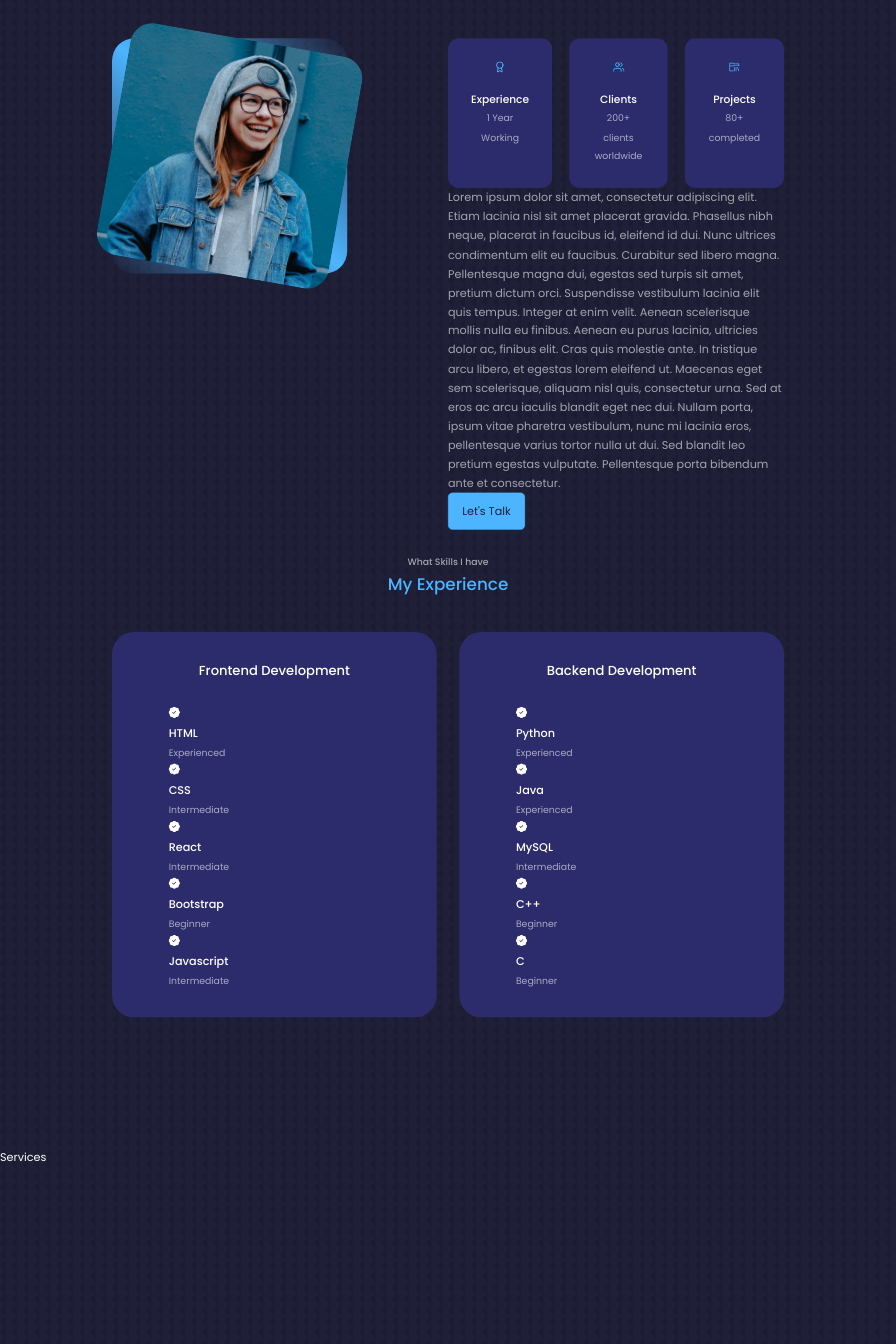
Repository: smallchungus/resumeWebsite
Page: / (app in hello/)
The author's editor kept a copy of each file at every save. The page is drawn from the files as they stood at one save, then again after the next save.
The browser window is 1280 px wide. The pictures show the part of the page from y = 904 to 2824 px (the page is 5835 px tall), at 70% of full size.
The project was rebuilt for these pictures with package versions that can differ from the ones it lists, and the page was loaded fresh each time. Also part of the build but not shown: hello/src/components/portfolio/portfolio.css, hello/src/components/contact/contact.css, hello/src/components/footer/footer.css. Imported but missing from the stored project, and not drawn on this page: hello/src/assets/cv.pdf.

Above is the page before, as saved 2023-03-23 19:05:33.

### hello/public/index.html
<!DOCTYPE html>
<html lang="en">

<head>
    <meta charset="UTF-8">
    <meta http-equiv="X-UA-Compatible" content="IE=edge">
    <meta name="viewport" content="width-device-width, initial-scale=1.0">
    <title>Resume Portfolio Website</title>
</head>
<body>
    <div id="root"></div>
</body>
</html>

### hello/src/App.jsx
import React from 'react'
import Header from './components/header/Header'
import Nav from './components/nav/Nav'
import About from './components/about/About'
import Experience from './components/experience/Experience'
import Services from './components/services/Services'
import Portfolio from './components/portfolio/Portfolio'
import Testimonial from './components/testimonial/Testimonial'
import Contact from './components/contact/Contact'
import Footer from './components/footer/Footer'

const App = () => {
  return (
    <>
    <Header />
    <Nav />
    <About />
    <Experience />
    <Services />
    <Portfolio />
    <Testimonial />
    <Contact />
    <Footer />
    </>
  )
}

export default App

### hello/src/index.css
@import url('https://fonts.googleapis.com/css2?family=Poppins:wght@300;400;500;600&display=swap');

*{
    margin: 0;
    padding: 0;
    border :0;
    outline: 0;
    box-sizing: border-box;
    list-style: none;
    text-decoration: none;

}

:root {
    --color-bg: #1f1f38;
    --color-bg-variant: #2c2c6c;
    --color-primary: #4db5ff;
    --color-primary-variant: rgba(77, 181, 255, 0.4);
    --color-white: #fff;
    --color-light: rgba(255,255,255,0.6);

    --transition: all 400ms ease;

    --container-width-lg: 75%;
    --container-width-md: 86%;
    --container-width-sm: 90%;

}

html{
    scroll-behavior: smooth;
}

body{
    font-family: 'Poppins', sans-serif;
    background: var(--color-bg);
    color: var(--color-white);
    line-height: 1.7;
    background-image: url(../src/assets/bg-texture.png)
}

/* ======================= General Styles =================*/

.container{
    width: var(--container-width-lg);
    margin: 0 auto;
}

h1,h2,h3,h4,h5{
    font-weight: 500;
}

h1{
    font-size:2.5rem;

}

section {
    margin-top: 8rem;
    height: 100vh;
}

section > h2, section > h5 {
    text-align: center;
    color: var(--color-light);
}

section > h2 {
    color: var(--color-primary);
    margin-bottom: 3rem;
}

.text-light{
    color:var(--color-light);
}

a{
    color: var(--color-primary);
    transition: var(--transition);
}

a:hover{
    color: var(--color-white);
}

.btn{
    width: max-content;
    display: inline-block;
    color: var(--color-primary);
    padding: 0.75rem 1.2rem;
    border-radius: 0.4rem;
    cursor: pointer;
    border: 1px solid var(--color-primary);
    transition: var( --transition );
}

.btn:hover{
    background: var(--color-white);
    color: var(--color-bg);
    border-color: transparent;
}

.btn-primary{
    background: var(--color-primary);
    color: var(--color-bg);
}

img{
    display: block;
    width: 100%;
    object-fit: cover;
}


/*==================Media Queries (Medium Devices ) ============= */
@media screen and (max-width: 1024px) {
    .container{
        width: var(--container-width-md);
    }

    section{
        margin-top: 6rem;
    }
}

/*==================Media Queries (Small Devices ) ============= */
@media screen and (max-width: 600px) {
    .container{
        width: var(--container-width-sm);
    }

    section > h2{
        margin-top: 2rem;
    }
}

### hello/src/components/header/Header.jsx
import React from 'react'
import './header.css'
import CTA from './CTA'
import ME from '../../assets/me.png'
import HeaderSocials from './HeaderSocials'
const Header = () => {
  return (
    <header>
      <div className="container header_container">
        <h5>Hello I'm</h5>
        <h1>William Chen</h1>
        <h5 className='text-light'>Fullstack Developer</h5>
        <CTA />
        <HeaderSocials/>

        <div className="me">
          <img src={ME} alt="me" />
        </div>

        <a href='#contact' className='scroll_down'>Scroll down</a>
      </div>
    </header>
  )
}

export default Header

### hello/src/components/nav/Nav.jsx
import React from 'react'
import './nav.css'
import {AiOutlineHome} from 'react-icons/ai'
import {AiOutlineUser}  from 'react-icons/ai'
import {BiBook} from 'react-icons/bi'
import {RiServiceLine} from 'react-icons/ri'
import {BiMessageSquareDetail} from 'react-icons/bi'
import {useState} from 'react'

const Nav = () => {
  const[activeNav, setActiveNav] = useState('#');
  return (
    <nav>
      <a href="#" onClick={() => setActiveNav('#')} className={activeNav === '#' ? 'active' : ''}><AiOutlineHome/></a>
      <a href="#about" onClick={() => setActiveNav('#about')} className={activeNav === '#about' ? 'active' : ''}><AiOutlineUser/></a>
      <a href="#experience" onClick={() => setActiveNav('#experience')} className={activeNav === '#experience' ? 'active' : ''}><BiBook/></a>
      <a href="#services" onClick={() => setActiveNav('#services')} className={activeNav === '#services' ? 'active' : ''}><RiServiceLine/></a>
      <a href="#contact" onClick={() => setActiveNav('#contact')} className={activeNav === '#contact' ? 'active' : ''}><BiMessageSquareDetail/></a>
    </nav>
  )
}

export default Nav

### hello/src/components/about/About.jsx
import React from 'react'
import './about.css'
import ME from '../../assets/me-about.jpg'
import {FiAward} from 'react-icons/fi'
import {FiUsers} from 'react-icons/fi'
import {VscFolderLibrary} from 'react-icons/vsc'

const About = () => {
  return (
    <section id='about'>
      <h5>Get To Know </h5>
      <h2>About Me</h2>

      <div className="container about_container">
        <div className="about_me" >
          <div className="about_me-image">
          <img src={ME} alt="About Image" />
          </div>
        </div>

        <div className="about_content">
          <div className="about_cards">
            <article className="about_card">
              <FiAward className='about_icon'/>
              <h5>Experience</h5>
              <small>1 Year Working</small>
            </article>
            <article className="about_card">
              <FiUsers className='about_icon'/>
              <h5>Clients</h5>
              <small>200+ clients worldwide</small>
            </article>
            <article className="about_card">
              <VscFolderLibrary className='about_icon'/>
              <h5>Projects</h5>
              <small>80+ completed</small>
            </article>
          </div>
          <p>
          Lorem ipsum dolor sit amet, consectetur adipiscing elit. Etiam lacinia nisl sit amet placerat gravida. Phasellus nibh neque, placerat in faucibus
          id, eleifend id dui. Nunc ultrices condimentum elit eu faucibus. Curabitur sed libero magna. Pellentesque magna dui, egestas sed turpis
          sit amet, pretium dictum orci. Suspendisse vestibulum lacinia elit quis tempus. Integer at enim velit. Aenean scelerisque mollis nulla eu finibus. Aenean eu purus lacinia, ultricies dolor ac, finibus elit.
          Cras quis molestie ante. In tristique arcu libero, et egestas lorem eleifend ut. Maecenas eget sem scelerisque, aliquam nisl quis, consectetur urna. Sed at eros ac arcu iaculis blandit eget nec dui. Nullam porta,
          ipsum vitae pharetra vestibulum, nunc mi lacinia eros, pellentesque varius tortor nulla ut dui. Sed blandit leo pretium egestas vulputate. Pellentesque porta bibendum ante et consectetur.
          </p>
          <a href="#contact" className='btn btn-primary'>Let's Talk</a>

        </div>
      </div>
    </section>
  )
}

export default About

### hello/src/components/experience/Experience.jsx
import React from 'react'
import './experience.css'
import {BsPatchCheckFill} from'react-icons/bs'



const Experience = () => {
  return (
    <section id='experience'>
      <h5>What Skills I have</h5>
      <h2>My Experience</h2>

      <div className="container experience_container">
        <div className="experience_frontend">
          <h3>Frontend Development</h3>
          <div className="experience_content">
            <article className='experience_details'>
              <BsPatchCheckFill />
              <h4>HTML</h4>
              <small className='text-light' >Experienced </small>
            </article>
            <article className='experience_details'>
              <BsPatchCheckFill />
              <h4>CSS</h4>
              <small className='text-light' >Intermediate </small>
            </article>
            <article className='experience_details'>
              <BsPatchCheckFill />
              <h4>React</h4>
              <small className='text-light' >Intermediate </small>
            </article>
            <article className='experience_details'>
              <BsPatchCheckFill />
              <h4>Bootstrap</h4>
              <small className='text-light' >Beginner </small>
            </article>
            <article className='experience_details'>
              <BsPatchCheckFill />
              <h4>Javascript</h4>
              <small className='text-light' >Intermediate </small>
            </article>
          </div>
        </div>



        <div className="experience_backend">
          <h3>Backend Development</h3>
          <article className='experience_details'>
              <BsPatchCheckFill />
              <h4>Python</h4>
              <small className='text-light' >Experienced </small>
            </article>
            <article className='experience_details'>
              <BsPatchCheckFill />
              <h4>Java</h4>
              <small className='text-light' >Experienced </small>
            </article>
            <article className='experience_details'>
              <BsPatchCheckFill />
              <h4>MySQL</h4>
              <small className='text-light' >Intermediate </small>
            </article>
            <article className='experience_details'>
              <BsPatchCheckFill />
              <h4>C++</h4>
              <small className='text-light' >Beginner </small>
            </article>
            <article className='experience_details'>
              <BsPatchCheckFill />
              <h4>C</h4>
              <small className='text-light' >Beginner </small>
            </article>
        </div>
      </div>
    </section>
  )
}

export default Experience

### hello/src/components/portfolio/Portfolio.jsx
import React from 'react'
import './portfolio.css'


const Portfolio = () => {
  return (
    < section id='portfolio'>Portfolio</section>
  )
}

export default Portfolio

### hello/src/components/testimonial/Testimonial.jsx
import React from 'react'
import './testimonial.css'
const Testimonial = () => {
  return (
    <section id='testimonials'>Testimonial</section>
  )
}

export default Testimonial

### hello/src/components/contact/Contact.jsx
import React from 'react'
import './contact.css'
const Contact = () => {
  return (
    <section id='contact'>Contact</section>
  )
}

export default Contact

### hello/src/components/header/header.css
header {
    height: 100vh;
    padding-top: 7rem;
    overflow: hidden;
}

.header_container{
    text-align: center;
    height: 100%;
    position: relative;
}

/*========================= CTA ======================= */
.cta {
    margin-top: 2.5rem;
    display: flex;
    gap: 1.2rem;
    justify-content: center;

}

/* ======================= Header Socials ==================== */
.header_socials {
    display: flex;
    flex-direction: column;
    align-items: center;
    gap: 0.8rem;
    position: absolute;
    left: 0;
    bottom: 3rem;

}

.header_socials::after{
    content: '';
    width: 1px;
    height: 2rem;
    background: var(--color-primary);
}

/* ===================== ME ==================*/

.me{
    background: linear-gradient(var(--color-primary), transparent);
    width: 22rem;
    height: 30rem;
    position: absolute;
    left: calc(50% - 11rem);
    margin-top: 4rem;
    border-radius: 12rem 12rem 0 0;
    overflow: hidden;
    padding: 5rem 1.5rem 1.5rem 1.5rem;

}

.scroll_down {
    position: absolute;
    right: -2.3rem;
    bottom: 5rem;
    transform: rotate(90deg);
    font-weight: 300;
    font-size: 0.9rem;
}

@media screen and (max-width: 600px) {
    header {
        height: 100vh;
    }
}

@media screen and (max-width: 600px)
{
    header {
        height: 100vh;
    }

    .header_socials, .scroll_down{
        display: none;
    }
}

### hello/src/components/header/CTA.jsx
import React from 'react'
import CV from '../../assets/cv.pdf'
const CTA = () => {
  return (
    <div className ='cta'>
        <a href={CV} download className='btn'>Download CV</a>
        <a href="#contact" className='btn btn-primary'>Let's Talk</a>
    </div>
  )
}

export default CTA

### hello/src/components/header/HeaderSocials.jsx
import React from 'react'
import {BsLinkedin} from 'react-icons/bs'
import {BsGithub} from 'react-icons/bs'
import {AiFillDribbbleSquare} from 'react-icons/ai'
const HeaderSocials = () => {
  return (
    <div className='header_socials'>
        <a href="https://linkedin.com/willchenn" target="_blank"><BsLinkedin></BsLinkedin></a>
        <a href="https://github.com/smallchungus" target="_blank"><BsGithub></BsGithub></a>
        <a href="https://dribble.com/" target="_blank"><AiFillDribbbleSquare></AiFillDribbbleSquare></a>
        </div>
  )
}

export default HeaderSocials

### hello/src/components/nav/nav.css
nav {
    background: rgba(0, 0, 0, 0.3);
    width: max-content;
    display: block;
    padding: 0.7rem 1.7rem;
    z-index: 2;
    position: fixed;
    left: 50%;
    transform: translateX(-50%);
    bottom: 2rem;
    display: flex;
    gap: 0.8rem;
    border-radius: 3rem;
    backdrop-filter: blur(15px);
}

nav a{
    background: transparent;
    padding: 0.9rem;
    border-radius: 50%;
    display: flex;
    color: var(--color-light);
    font-size: 1.1rem;
}

nav a:hover{
    background: rgba(0,0,0,0.3);
}

nav a.active {
    background: var(--color-bg);
    color: var(--color-white);
}

### hello/src/components/about/about.css
.about_container {
    display: grid;
    grid-template-columns: 35% 50%;
    gap: 15%;
}

.about_me {
    width: 100%;
    aspect-ratio: 1/1;
    border-radius: 2rem;
    background: linear-gradient(
        45deg,
        transparent,
        var(--color-primary),
        transparent
    );
    display: grid;
    place-items: center;
}

.about_me-image{
    border-radius: 2rem;
    overflow: hidden;
    transform: rotate(10deg);
    transition: var(--transition);

}

.about_me-image:hover{
    transform: rotate(0);
}

.about_cards{
    display: grid;
    grid-template-columns: repeat(3, 1fr);
    gap: 1.5rem;
}

.about_card {
    background: var(--color-bg-variant);
    border: 1px solid transparent;
    border-radius: 1rem;
    padding: 2rem;
    text-align: center;
    transition: var(--transition);
}

.about_card:hover {
    background: transparent;
    border-color: var(--color-primary-variant);
    cursor: default;
}

.about_icon {
    color: var(--color-primary);
    font-size: 1.4 rem;
    margin-bottom: 1rem;
}

.about_card h5 {
    font-size: 0.95rem;
}

.about_card small {
    font-size: 0.7 rem;
    color: var(--color-light);
}

.about_content p {
    margin: 2rem 0 2.6 rem;
    color: var(--color-light);
}

@media screen and (max-width: 1024px) {
    .about_container {
        grid-template-columns: 1fr;
        gap: 0;
    }

    .about_me {
        width: 50%;
        margin: 2rem auto 4rem;
    }

    .about_content p{
        margin: 1rem 0 1.5rem;
    }
}

@media screen and (max-width: 600px )
{
    .about_me{
        width: 65%;
        margin: 0 auto 3rem;
    }
    .about_cards {
        grid-template-columns: 1fr 1fr;
        gap: 1rem;
    }
    .about_content {
        text-align: center;
    }
    .about_content p {
        margin: 1.5rem 0;
    }
}

### hello/src/components/experience/experience.css
.experience_container{
    display: grid;
    grid-template-columns: 1fr 1fr;
    gap: 2rem;
}

.experience_container > div {
    background: var(--color-bg-variant);
    padding: 2.4rem 5rem;
    border-radius: 2rem;
    border: 1px solid transparent;
    transition: var(--transition);
}

.experience_container > div:hover {
    background: transparent;
    border-color: var(--color-primary-variant);
    cursor: default;
}

.experience_container > div h3 {
    text-align: center;
    margin-bottom: 2rem;

}

Loaded but not shown: hello/src/index.js (common file); hello/src/components/services/Services.jsx (common file); hello/src/components/footer/Footer.jsx (common file); hello/src/components/services/services.css (no stored copy; drawn as an empty file); hello/src/components/testimonial/testimonial.css (no stored copy; drawn as an empty file)

After the next save:
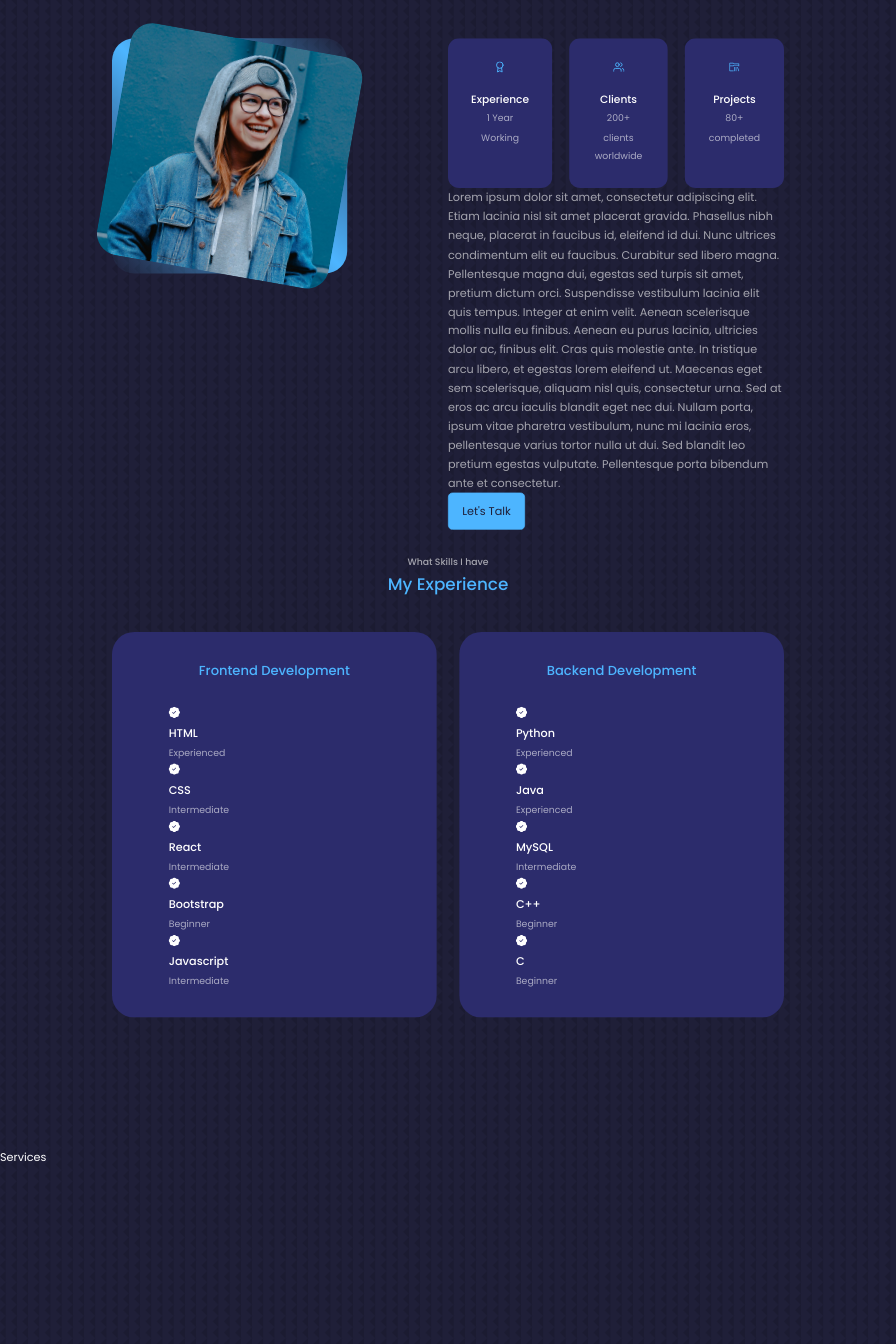
Saved 8 s later.
--- a/hello/src/components/experience/experience.css
+++ b/hello/src/components/experience/experience.css
@@ -21,5 +21,5 @@
 .experience_container > div h3 {
     text-align: center;
     margin-bottom: 2rem;
-
+    color: var(--color-primary);
 }
